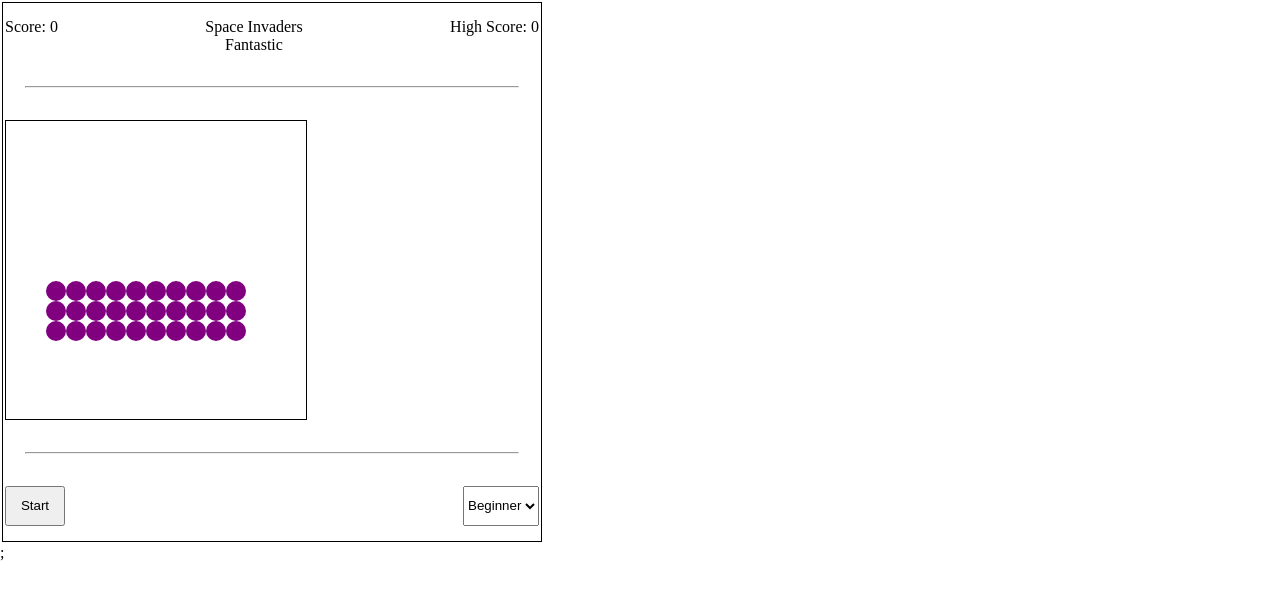
Repository: baziz22/Vanilla_JS_Projects
Page: space invaders/index.html
These files come from the project's save history. The page is drawn as it stood at one moment and after the next save; the edit follows.
The browser window is 1280 px wide. The pictures show the whole page.

Above is the page before, as saved 2022-02-20 02:35:59.

### space invaders/index.html
<!DOCTYPE html>
<html lang="en">
  <head>
    <meta charset="UTF-8" />
    <meta http-equiv="X-UA-Compatible" content="IE=edge" />
    <meta name="viewport" content="width=device-width, initial-scale=1.0" />
    <link rel="stylesheet" href="style.css" />
    <title>Space Invaders</title>
  </head>
  <body>
    <div id="scene">
      <div id="scene-header">
        <div>Score: <span id="score">0</span></div>
        <div id="scene-messages">
          <div id="game-title">Space Invaders</div>
          <div id="messages">Fantastic</div>
        </div>

        <div>High Score: <span id="high-score">0</span></div>
      </div>
      <hr />
      <div id="scene-body">
        <div class="grid"></div>
      </div>
      <hr />
      <div id="scene-footer">
        <button id="start-btn">Start</button>
        <select id="level" title="levels">
          <option value="beginner">Beginner</option>
          <option value="medium">Medium</option>
          <option value="hard">Hard</option>
        </select>
      </div>
    </div>
    ;

    <script src="script.js"></script>
  </body>
</html>

### space invaders/style.css
* {
  padding: 0;
  margin: 0;
  box-sizing: border-box;
}
#scene {
  max-width: 75vh;
  min-height: 75vh;
  padding: 2px;
  margin: 2px;
  border: 1px solid black;
  display: flex;
  flex-direction: column;
  justify-content: space-around;
}
#scene-header {
  display: flex;
  justify-content: space-between;
}
#scene-messages {
  display: flex;
  flex-direction: column;
  justify-items: center;
  text-align: center;
  align-items: center;
}

#scene-body {
}
#scene-footer {
  display: flex;
  justify-content: space-between;
}

#start-btn {
  width: 60px;
  height: 40px;
}

hr {
  margin: 5px 20px;
}

.grid {
  max-width: 302px;
  height: 300px;
  border: 1px solid black;
  display: flex;
  flex-wrap: wrap;
}
.grid div {
  width: 20px;
  height: 20px;
}
.invader {
  background-color: purple;
  border-radius: 10px;
}
.shooter {
  background-color: green;
}

### space invaders/script.js
const grid = document.querySelector('.grid');
let currentShooterIndex = 202;
let width = 15;
let direction = 1;
let invadersId;
let goingRight = true;
const resultDisplay = document.querySelector('#messages');

for (let i = 0; i < 225; i++) {
  const square = document.createElement('div');
  grid.appendChild(square);
}
const squares = Array.from(document.querySelectorAll('.grid div'));

const alienInvaders = [
  0, 1, 2, 3, 4, 5, 6, 7, 8, 9, 15, 16, 17, 18, 19, 20, 21, 22, 23, 24, 30, 31,
  32, 33, 34, 35, 36, 37, 38, 39,
];
function draw() {
  for (let i = 0; i < alienInvaders.length; i++) {
    squares[alienInvaders[i]].classList.add('invader');
  }
}
draw();

function remove() {
  for (let i = 0; i < alienInvaders.length; i++) {
    squares[alienInvaders[i]].classList.remove('invader');
  }
}

//squares[currentShooterIndex].classList.add('shooter');

function moveShooter(e) {
  squares[currentShooterIndex].classList.remove('shooter');
  switch (e.key) {
    case 'ArrowLeft':
      if (currentShooterIndex % width !== 0) currentShooterIndex -= 1;
      break;
    case 'ArrowRight':
      if (currentShooterIndex % width < width - 1) currentShooterIndex += 1;
      break;
  }
  // redraw the shooter in its new position
  squares[currentShooterIndex].classList.add('shooter');
}
document.addEventListener('keydown', moveShooter);

function moveInvaders() {
  const leftEdge = alienInvaders[0] % width === 0;
  const rightEdge =
    alienInvaders[alienInvaders.length - 1] % width === width - 1;
  remove();

  if (rightEdge && goingRight) {
    for (let i = 0; i < alienInvaders.length; i++) {
      alienInvaders[i] += width + 1;
      direction = -1;
      goingRight = false;
    }
  }
  if (leftEdge && !goingRight) {
    for (let i = 0; i < alienInvaders.length; i++) {
      alienInvaders[i] += width - 1;
      direction = 1;
      goingRight = true;
    }
  }
  for (let i = 0; i < alienInvaders.length; i++) {
    alienInvaders[i] += direction;
  }
  draw();

  if (squares[currentShooterIndex].classList.contains('invader', 'shooter')) {
    resultDisplay.innerHTML = 'GAME OVER';
    console.log('GAME OVER');
    clearInterval(invadersId);
  }
  console.log('length: ', squares.length);
  for (let i = 0; i < alienInvaders.length; i++) {
    console.log(alienInvaders[i]);
    if (alienInvaders[i] > squares.length) {
      resultDisplay.innerHTML = 'GAME OVER';
      console.log('boOoOom');
      clearInterval(invadersId);
    }
  }
}
invadersId = setInterval(moveInvaders, 100);

After the next save:
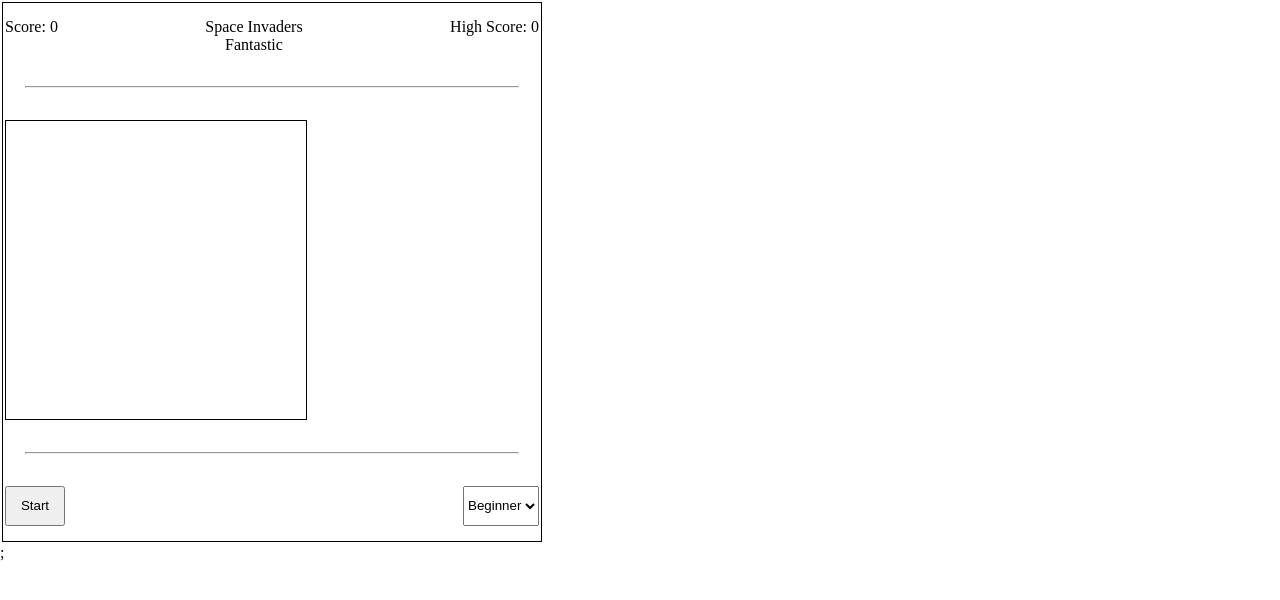
Console error: SyntaxError: Unexpected token '}'
Saved 3 min 8 s later.
--- a/space invaders/script.js
+++ b/space invaders/script.js
@@ -87,3 +87,12 @@ function moveInvaders() {
   }
 }
 invadersId = setInterval(moveInvaders, 100);
+
+function shoot(e) {
+    let laserId;
+    let currentLaserIndex = currentShooterIndex;
+    function moveLaser() {
+        squares[currentLaserIndex].classList.remove('laser');
+        currentLaserIndex -=
+    }
+}

After the 2 saves that followed:
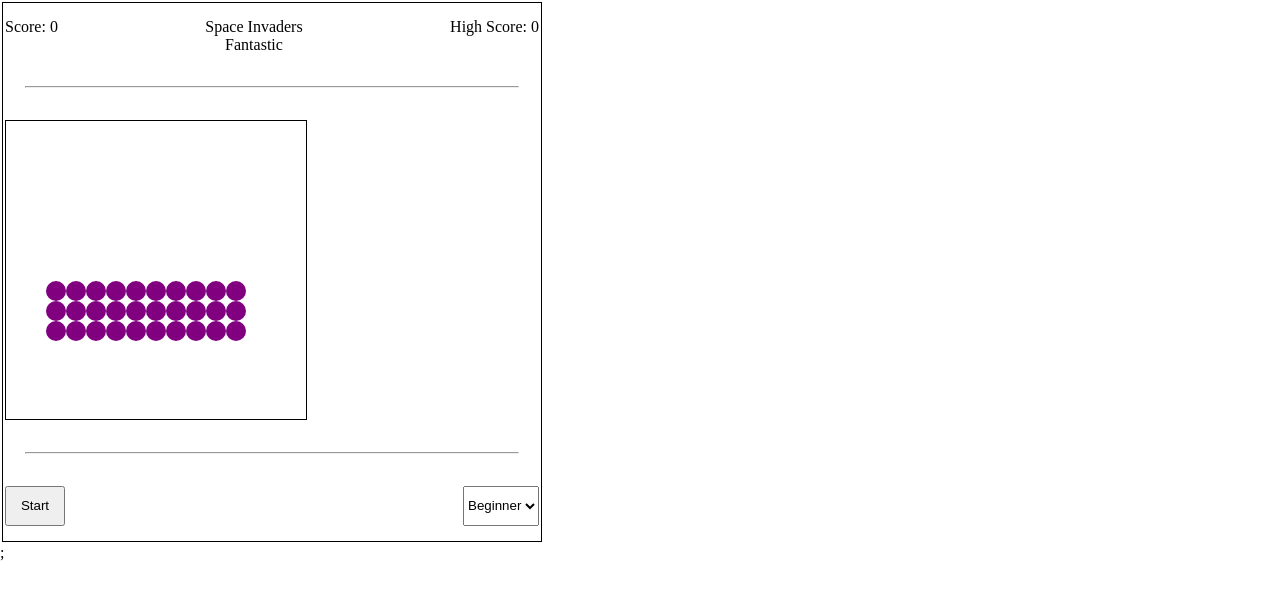
The error is gone.
The 2 saves are shown as one change because 1 left the picture as it was.
The last was saved 81 s later.
--- a/space invaders/style.css
+++ b/space invaders/style.css
@@ -59,3 +59,6 @@ hr {
 .shooter {
   background-color: green;
 }
+.laser {
+  background-color: orange;
+}
--- a/space invaders/script.js
+++ b/space invaders/script.js
@@ -89,10 +89,11 @@ function moveInvaders() {
 invadersId = setInterval(moveInvaders, 100);
 
 function shoot(e) {
-    let laserId;
-    let currentLaserIndex = currentShooterIndex;
-    function moveLaser() {
-        squares[currentLaserIndex].classList.remove('laser');
-        currentLaserIndex -=
-    }
+  let laserId;
+  let currentLaserIndex = currentShooterIndex;
+  function moveLaser() {
+    squares[currentLaserIndex].classList.remove('laser');
+    currentLaserIndex -= width;
+    squares[currentLaserIndex].classList.add('laser');
+  }
 }
